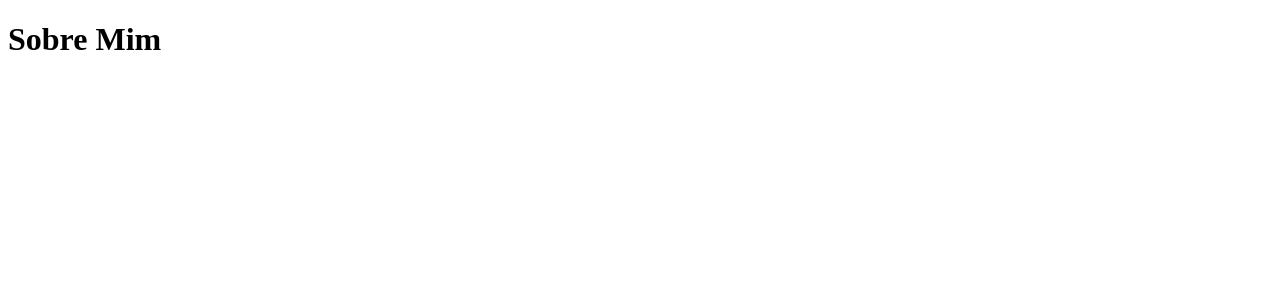
Repository: gimoli/projeto-portifolio
Page: index.html
The author's editor kept a copy of each file at every save. The page is drawn from the files as they stood at one save, then again after a run of saves.
The browser window is 1280 px wide. The pictures show the whole page.

Above is the page before, as saved 2025-04-23 11:14:59.

After the next 3 saves:
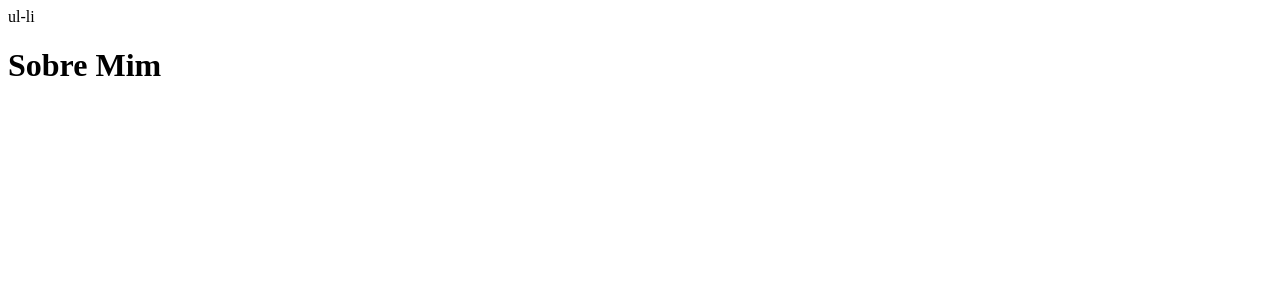
The 3 saves are shown as one change because they came seconds apart.
The last was saved 47 s later.
--- a/index.html
+++ b/index.html
@@ -8,6 +8,7 @@
 </head>
 <body>
     <header>
+        ul-li
     </header>
     <main>
         <h1>Sobre Mim</h1>

After the save that followed:
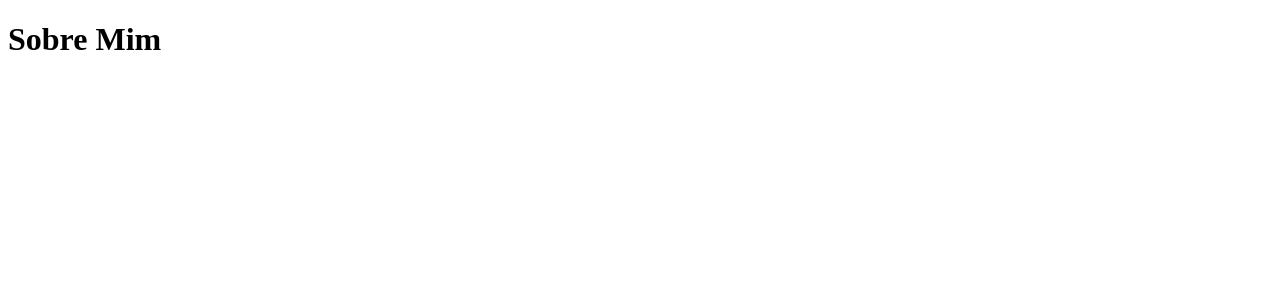
Saved 4 s later.
--- a/index.html
+++ b/index.html
@@ -8,7 +8,9 @@
 </head>
 <body>
     <header>
-        ul-li
+        <ul-li></ul-li>
+        <ul-li></ul-li>
+        <ul-li></ul-li>
     </header>
     <main>
         <h1>Sobre Mim</h1>
